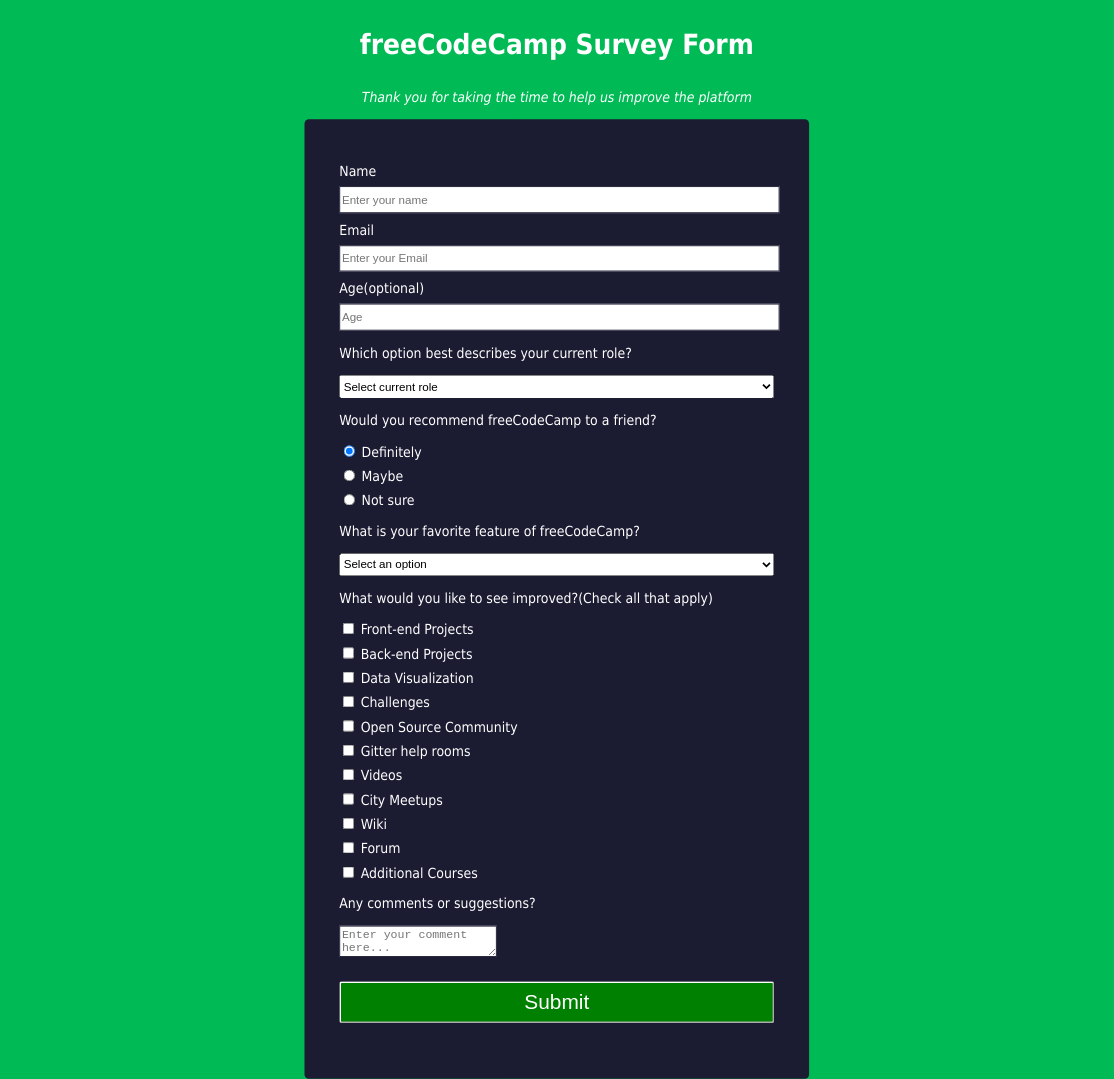
Repository: Lungdjos/survey_form_certification
Page: index.html
The author's editor kept a copy of each file at every save. The page is drawn from the files as they stood at one save, then again after the next save.
The browser window is 1280 px wide. The pictures show the whole page, at 87% of full size.

Above is the page before, as saved 2023-10-10 12:56:29.

### index.html
<!DOCTYPE html>
<html lang="en">

<head>
    <meta charset="UTF-8">
    <meta name="viewport" content="width=device-width, initial-scale=1.0">
    <title>Survey Form</title>
    <link rel="stylesheet" href="styles.css">
</head>

<body>
    <div class="container">
        <header class="header">
            <h1 id="title" class="text-center">freeCodeCamp Survey Form</h1>
            <p id="description" class="description text-center">
                Thank you for taking the time to help us improve the platform
            </p>
        </header>
        <form id="survey-form">
            <div class="form-group">
                <label id="name-label" for="name">Name</label>
                <input type="text" name="name" id="name" class="form-control" placeholder="Enter your name" required />
            </div>
            <div class="form-group">
                <label id="email-label" for="email">Email</label>
                <input type="email" name="email" id="email" class="form-control" placeholder="Enter your Email" required />
            </div>
            <div class="form-group">
                <label id="number-label" for="number">Age<span class="clue">(optional)</span></label>
                <input type="number" name="age" id="number" min="10" max="99" class="form-control" placeholder="Age" />
            </div>
            <div class="form-group">
                <p>Which option best describes your current role?</p>
                <select id="dropdown" name="role" class="form-control" required>
                    <option disabled selected value>Select current role</option>
                    <option value="student">Student</option>
                    <option value="job">Full Time Job</option>
                    <option value="learner">Full Time Learner</option>
                    <option value="preferNo">Prefer not to say</option>
                    <option value="other">Other</option>
                </select>
            </div>

            <div class="form-group">
                <p>Would you recommend freeCodeCamp to a friend?</p>
                <label><input name="user-recommend" value="definitely" type="radio" class="input-radio" checked /> Definitely</label>
                <label><input name="user-recommend" value="maybe" type="radio" class="input-radio" /> Maybe</label>
                <label><input name="user-recommend" value="not-sure" type="radio" class="input-radio" /> Not sure</label>
            </div>

            <div class="form-group">
                <p>What is your favorite feature of freeCodeCamp?</p>
                <select id="most-like" name="mostLike" class="form-control" required>
                    <option disabled selected value>Select an option</option>
                    <option value="challenges">Challenges</option>
                    <option value="projects">Projects</option>
                    <option value="community">Community</option>
                    <option value="openSource">Open Source</option>
                </select>
            </div>

            <div class="form-group">
                <p>What would you like to see improved?<span class="clue">(Check all that apply)</span></p>
                <label><input name="prefer" value="front-end-projects" type="checkbox" class="input-checkbox" /> Front-end Projects</label>
                <label><input name="prefer" value="back-end-projects" type="checkbox" class="input-checkbox" /> Back-end Projects</label>
                <label><input name="prefer" value="data-visualization" type="checkbox" class="input-checkbox" /> Data Visualization</label>
                <label><input name="prefer" value="challenges" type="checkbox" class="input-checkbox" /> Challenges</label>
                <label><input name="prefer" value="open-source-community" type="checkbox" class="input-checkbox" /> Open Source Community</label>
                <label><input name="prefer" value="gitter-help-rooms" type="checkbox" class="input-checkbox" /> Gitter help rooms</label>
                <label><input name="prefer" value="videos" type="checkbox" class="input-checkbox" /> Videos</label>
                <label><input name="prefer" value="city-meetups" type="checkbox" class="input-checkbox" /> City Meetups</label>
                <label><input name="prefer" value="wiki" type="checkbox" class="input-checkbox" /> Wiki</label>
                <label><input name="prefer" value="forum" type="checkbox" class="input-checkbox" /> Forum</label>
                <label><input name="prefer" value="additional-courses" type="checkbox" class="input-checkbox" /> Additional Courses</label>
            </div>

            <div class="form-group">
                <p>Any comments or suggestions?</p>
                <textarea id="comments" class="input-textarea" name="comment" placeholder="Enter your comment here..."></textarea>
            </div>

            <div class="form-group">
                <button type="submit" id="submit" class="submit-button">Submit</button>
            </div>
        </form>
    </div>
</body>

</html>

### styles.css
/* designs for the survey form */


/* CSS for the Registration Form */

body {
    width: 100%;
    height: 100vh;
    /* will need to set the value to */
    margin: 15px 0 15px 0;
    color: #fff;
    font-size: 16px;
    font-family: Tahoma;
    background-color: #0b5;
}

label {
    display: block;
    margin: .5rem 0;
}

a {
    color: #dfdfe2;
}

a:hover {
    color: blanchedalmond;
    text-decoration: none;
}

a:active {
    color: #0a0a23;
}

fieldset {
    margin: 15px;
    border-radius: 10px;
    border: 3px solid #3b3b4f;
    padding: 1rem;
}

.form-group {
    margin: 10px 0 0 0;
    width: 100%;
    border-radius: 3px;
    min-height: 2em;
}

input,
textarea {
    background-color: #fff;
    border: 1px solid #0a0a23;
    color: #0a0a23;
    ;
}

#title,
#description {
    margin: 1em auto;
    text-align: center;
}

#description {
    font-style: italic;
}

#survey-form {
    /* margin: 0px 30px 0px 30px; */
    margin: 0 auto;
    max-width: 500px;
    min-width: 300px;
    width: 60vw;
    background-color: #1b1b32;
    border-radius: 5px;
    padding: 40px;
}

button:hover {
    background-color: blanchedalmond;
    margin-bottom: 2em;
    color: #0a0a23;
    border: 4px solid #3b3b4f;
    border-radius: 8px;
}

button {
    display: block;
    width: 100%;
    margin: 1em auto;
    height: 2em;
    font-size: 1.5rem;
    background-color: green;
    color: #fff;
    border-color: white;
    min-width: 1em;
    border-radius: 3px;
}

input[type="text"],
input[type="email"],
input[type="number"],
select,
text {
    width: 100%;
    margin: auto;
    height: 2em;
    /* Add any other common styles here */
}

After the next save:
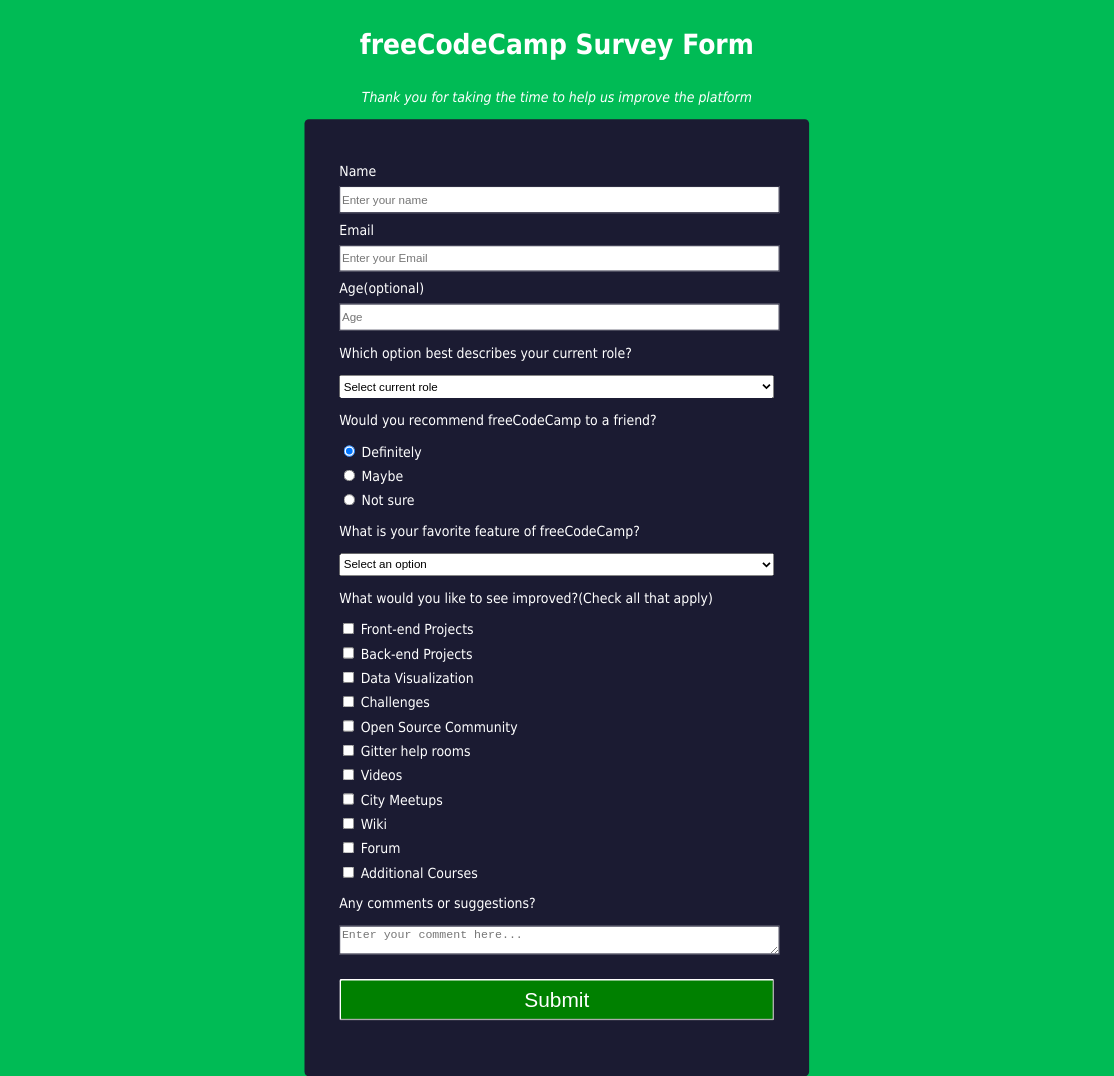
Saved 5 s later.
--- a/styles.css
+++ b/styles.css
@@ -100,7 +100,7 @@
 input[type="email"],
 input[type="number"],
 select,
-text {
+textarea {
     width: 100%;
     margin: auto;
     height: 2em;
